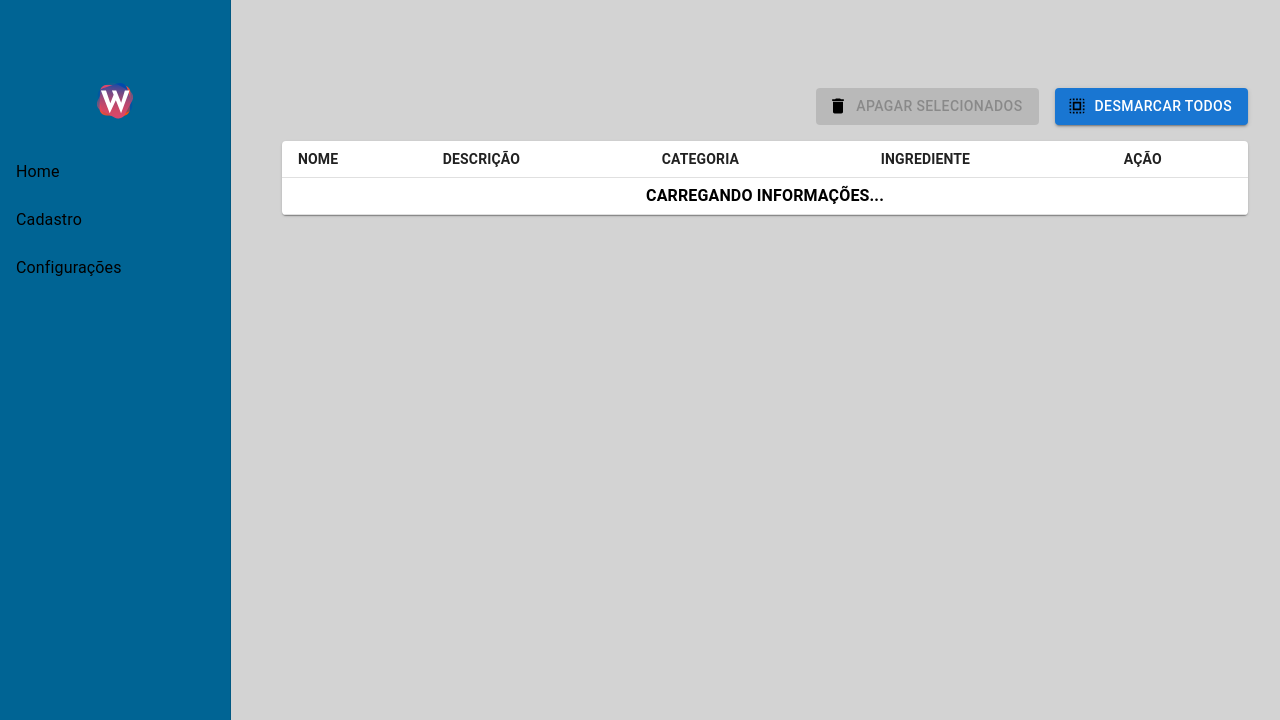
Repository: oZanella/projeto_windel_web_CRM
Page: /
These files come from the project's save history. The page is drawn as it stood at one moment and after a run of saves; the edit follows.
The browser window is 1280 px wide. The pictures show the whole page.
The page's requests for data from a server got no answer. The project was rebuilt for these pictures with package versions that can differ from the ones it lists, and the page was loaded fresh each time. No one was signed in, and anything a server would have sent is missing. Also part of the build but not shown: vite.config.js, src/routes/Configuracoes.jsx. Imported but missing from the stored project, and not drawn on this page: src/routes/Cadastro.jsx.

Above is the page before, as saved 2024-08-19 08:58:36.

### index.html
<!doctype html>
<html lang="en">

<head>
  <meta charset="UTF-8" />
  <link rel="icon" type="image/svg+xml" href="./src/image/LogoWindel.svg" />
  <link rel="stylesheet" href="src/style/GlobalStyles.css" />
  <link href="https://fonts.googleapis.com/css2?family=Playfair+Display&display=swap" rel="stylesheet">

  <meta name="viewport" content="width=device-width, initial-scale=1.0" />
  <title>Projeto Teste - CRM </title>
</head>

<body>
  <div id="root"></div>
  <script type="module" src="/src/main.jsx"></script>
</body>

</html>

### src/style/GlobalStyles.css
:root {
  --click: #7fa8c4;
  --primary: #E8F1F2;
  --darkblue: #13293D;
  --secondary: #000000;
  --ligthblue: #1b98e0;
  --animation: #006494;
  --ligthkgrey: #D3D3D3;
  --blueceledron: #247ba0;
  --delete: #FF0000;
}

* {
    color: var(--secondary);
}

body {
  background-color: var(--ligthkgrey);
}

### src/main.jsx
import { createBrowserRouter, RouterProvider, Navigate } from "react-router-dom"
import { createRoot } from 'react-dom/client'
import { StrictMode } from 'react'
import { App } from './App.jsx'

import './style/GlobalStyles.css'

//páginas do projeto
import { Cadastro } from './routes/Cadastro.jsx'
import { Home } from './routes/Home.jsx'
import { Configuracoes } from './routes/configuracoes.jsx'

const router = createBrowserRouter([
  {
    element: <App />,
    children: [
      {
        path: '/',
        element: <Navigate to="/home" replace />,
      },
      {
        path: '/home',
        element: <Home />,
      },
      {
        path: '/cadastro',
        element: <Cadastro />,
      },
      {
        path: '/configuracoes',
        element: <Configuracoes />,
      },
    ],
  },
])

createRoot(document.getElementById('root')).render(
  <StrictMode>
    <RouterProvider router={router} />
  </StrictMode>,
)

### src/App.jsx
import { Header } from './components/Header'
import { Outlet } from 'react-router-dom'
import { Box } from '@mui/material'
import './style/GlobalStyles.css'

export function App() {
  return (
    <Box sx={{ p: { xs: 2, sm: 3 }, marginTop: { xs: 8, sm: 8 } }}>
      <Header />
      <Box>
        <Outlet />
      </Box>
    </Box>
  );
}

### src/routes/Home.jsx
import React, { useEffect, useState } from 'react';
import { Box, TextField, Button, Dialog, DialogActions, DialogContent, DialogTitle, Select, MenuItem, FormControl, InputLabel } from '@mui/material';

import { handleShowDetails, handleEdit, handleSave, handleInputChange } from '../components/Handle';
import { CardDados } from '../components/TableHome';

import { blogFetch } from '../axios/config';


export const Home = () => {
  const [posts, setPosts] = useState([]);
  const [selectInfo, setSelectInfo] = useState(null);
  const [modeEdit, setModeEdit] = useState(null);
  const [dataEdit, setDataEdit] = useState({});
  const [openAddDialog, setOpenAddDialog] = useState(false);
  const [newPost, setNewPost] = useState({ name: '', description: '', category: '' });

  const getPosts = async () => {
    try {
      const response = await blogFetch.get("/recipe");
      const uniqueData = response.data.filter((value, index, self) =>
        index === self.findIndex((t) => t.id === value.id)
      );
      setPosts(uniqueData); // Garante que não tenha dados duplicados
    } catch (error) {
      console.log(error);
    }
  };

  useEffect(() => {
    getPosts();
  }, []);

  const handleDelete = async (postId) => {
    try {
      await blogFetch.delete(`/recipe/${postId}`);
      setPosts(posts.filter(post => post.id !== postId));
      console.log('Post deletado com sucesso');
    } catch (error) {
      console.error('Erro ao deletar o post', error);
    }
  };

  const handleAddOpen = () => setOpenAddDialog(true);
  const handleAddClose = () => setOpenAddDialog(false);

  {/* API para envio do novo registro*/ }
  const handleAdd = async () => {
    try {
      const newPostFormatted = {
        name: newPost.name,
        description: newPost.description,
        ingredients: [],
        category: newPost.category,
        isFavorite: newPost.isFavorite
      };

      const response = await blogFetch.post("/recipe", newPostFormatted);
      setPosts([...posts, response.data]);
      setNewPost({ name: '', description: '', category: '', isFavorite: false });
      handleAddClose();
      console.log('Post adicionado com sucesso');
    } catch (error) {
      console.error('Erro ao adicionar o post', error);
    }
  };

  return (
    <Box>
      {/* Dados para Adicionar Novo Registro */}
      <Dialog open={openAddDialog} onClose={handleAddClose}>
        <DialogTitle>Adicionar Novo Registro</DialogTitle>
        <DialogContent>
          <TextField
            name="name"
            label="Nome"
            value={newPost.name}
            onChange={(e) => setNewPost({ ...newPost, name: e.target.value })}
            fullWidth
            sx={{ marginBottom: 2 }}
          />
          <TextField
            name="description"
            label="Descrição"
            value={newPost.description}
            onChange={(e) => setNewPost({ ...newPost, description: e.target.value })}
            fullWidth
            sx={{ marginBottom: 2 }}
          />
          <TextField
            name="category"
            label="Categoria"
            value={newPost.category}
            onChange={(e) => setNewPost({ ...newPost, category: e.target.value })}
            fullWidth
            sx={{ marginBottom: 2 }}
          />
          <FormControl fullWidth sx={{ marginBottom: 2 }}>
            <InputLabel>Favorito</InputLabel>
            <Select
              name="isFavorite"
              value={newPost.isFavorite}
              onChange={(e) => setNewPost({ ...newPost, isFavorite: e.target.value })}
              label="Favorito"
            >
              <MenuItem value={true}>Sim</MenuItem>
              <MenuItem value={false}>Não</MenuItem>

            </Select>
          </FormControl>
        </DialogContent>
        <DialogActions>
          <Button onClick={handleAddClose}>Cancelar</Button>
          <Button onClick={handleAdd}>Adicionar</Button>
        </DialogActions>
      </Dialog>

      <CardDados
        posts={posts}
        handleDelete={handleDelete}
        handleEdit={handleEdit}
        handleSave={handleSave}
        modeEdit={modeEdit}
        setModeEdit={setModeEdit}
        dataEdit={dataEdit}
        setDataEdit={setDataEdit}
        handleInputChange={handleInputChange}
        selectInfo={selectInfo}
        setSelectInfo={setSelectInfo}
        handleShowDetails={handleShowDetails}
      />
    </Box>
  );
};

### src/components/Header.jsx
import { AppBar, Toolbar, Typography, Box, IconButton, Drawer, List, ListItem, ListItemText } from '@mui/material';
import MenuIcon from '@mui/icons-material/Menu';
import Logo from '../image/LogoWindel.svg';
import { Link } from 'react-router-dom';
import React, { useState } from 'react';

export const Header = () => {
  const [isDrawerOpen, setIsDrawerOpen] = useState(false);

  const toggleDrawer = (open) => () => {
    setIsDrawerOpen(open);
  };

  const menuItems = [
    { text: 'Home', link: '/home' },
    { text: 'Cadastro', link: '/cadastro' },
    { text: 'Configurações', link: '/configuracoes' },
  ];

  return (
    <>
      {/* Mobile AppBar */}
      <AppBar
        position="fixed"
        sx={{
          display: { xs: 'flex', sm: 'none' },
          width: '100%',
          boxShadow: '0px 0.01px 11px var(--secondary)',
          top: 0,
          left: 0,
          backgroundColor: 'var(--darkblue)',
        }}
      >
        <Toolbar
          sx={{
            display: 'flex',
            justifyContent: 'space-between',
          }}
        >
          <IconButton
            edge="start"
            color="inherit"
            aria-label="menu"
            onClick={toggleDrawer(true)}
          >
            <MenuIcon />
          </IconButton>
          <Typography variant="h6" sx={{ flexGrow: 1 }}>
            Cooking Cake
          </Typography>
          <IconButton
            to={`/home`}
            sx={{
              cursor: 'default',
            }}
            component={Link}
            aria-label="logo"
          >
            <img src={Logo} alt="Logo" style={{ width: '50px', height: '40px' }} />
          </IconButton>
        </Toolbar>
      </AppBar>

      {/* Mobile Drawer */}
      <Drawer
        anchor="left"
        open={isDrawerOpen}
        onClose={toggleDrawer(false)}
        sx={{
          display: { xs: 'block', sm: 'none' },
          '& .MuiDrawer-paper': {
            width: 240,
            backgroundColor: 'var(--darkblue)',
          },
        }}
      >
        <Box sx={{ padding: 2, display: 'flex', flexDirection: 'column', alignItems: 'center' }}>
          <IconButton
            to={`/home`}
            sx={{ cursor: 'default' }}
            component={Link}
            aria-label="logo"
          >
            <img src={Logo} alt="Logo" style={{ width: '80px', height: '60px' }} />
          </IconButton>
        </Box>
        <List>
          {menuItems.map((item) => (
            <ListItem key={item.text} component={Link} to={item.link} onClick={toggleDrawer(false)}>
              <ListItemText primary={item.text} />
            </ListItem>
          ))}
        </List>
      </Drawer>

      {/* Desktop Drawer */}
      <Drawer
        variant="permanent"
        sx={{
          display: { xs: 'none', sm: 'block' },
          '& .MuiDrawer-paper': {
            width: 230,
            backgroundColor: 'var(--animation)',
          },
        }}
        open
      >
        <Toolbar />

        <Box sx={{
          display: 'flex',
          flexDirection: 'column',
          alignItems: 'center',
          position: '' }}>
          <IconButton
            to={`/home`}
            sx={{ cursor: 'default' }}
            component={Link}
            aria-label="logo"
          >
            <img src={Logo} alt="Logo" style={{ width: '80px', height: '60px' }} />
          </IconButton>
        </Box>

        <Box sx={{ overflow: 'auto' }}>
          <List>
            {menuItems.map((item) => (
              <ListItem key={item.text} component={Link} to={item.link}>
                <ListItemText primary={item.text} />
              </ListItem>
            ))}
          </List>
        </Box>
      </Drawer>
    </>
  );
};

### src/components/Handle.jsx

import { blogFetch } from '../axios/config';


export const handleShowDetails = (post, setSelectInfo, selectInfo) => {
  if (selectInfo?.id === post.id) {
    setSelectInfo(null); // Fecha se já estiver aberto
  } else {
    setSelectInfo(post); // Abre o post atual
  }
};

export const handleEdit = (post, setModeEdit, setDataEdit) => {
  setModeEdit(post.id);
  setDataEdit(post);
};

//continua com erro, verificar!!
export const handleSave = async (postId, updateData) => {
  try {
    // Envie uma requisição PUT ou POST para salvar os dados atualizados
    const response = await blogFetch.put(`/blogFetch/posts/${postId}`, updateData);
    console.log('Dados salvos com sucesso', response.data);

  } catch (error) {
    console.error('Erro de API', error);
  }
};

export const handleInputChange = (e, setDataEdit) => {
  setDataEdit(prevDataEdit => ({ ...prevDataEdit, [e.target.name]: e.target.value }));
};

### src/components/TableHome.jsx
import React, { useState, useEffect } from 'react';
import {
  Table, TableBody, TableCell, TableContainer, TableHead, TableRow, Typography, Box, Button, IconButton, TextField, Dialog, DialogContent, DialogActions, FormControlLabel, Switch, Chip, Paper, Checkbox
} from '@mui/material';
import EditIcon from '@mui/icons-material/Edit';
import SaveIcon from '@mui/icons-material/Save';
import AddIcon from '@mui/icons-material/Add';
import CloseIcon from '@mui/icons-material/Close';
import DeleteIcon from '@mui/icons-material/Delete';
import SelectAllIcon from '@mui/icons-material/SelectAll';
import axios from 'axios';

const API_BASE_URL = 'https://teste-tecnico-front-api.up.railway.app';

export const CardDados = ({
  posts, setPosts, handleDelete
}) => {
  const [openModal, setOpenModal] = useState(false);
  const [currentPost, setCurrentPost] = useState(null);
  const [dataEdit, setDataEdit] = useState({});
  const [newIngredient, setNewIngredient] = useState('');
  const [selectedPosts, setSelectedPosts] = useState([]);

  useEffect(() => {
    if (currentPost) {
      setDataEdit({ ...currentPost });
    }
  }, [currentPost]);

  const handleEditOpen = (post) => {
    setCurrentPost(post);
    setOpenModal(true);
  };

  const handleEditClose = () => {
    setOpenModal(false);
    setCurrentPost(null);
    setNewIngredient('');
  };

  const handleSaveModal = async () => {
    if (currentPost) {
      try {
        await axios.put(`${API_BASE_URL}/posts/${currentPost.id}`, dataEdit);
        const response = await axios.get(`${API_BASE_URL}/posts`);
        setPosts(response.data);
        handleEditClose();
      } catch (error) {
        console.error('Error ao salvar:', error);
      }
    }
  };

  const handleAddIngredient = () => {
    if (newIngredient.trim() !== '') {
      setDataEdit((prevData) => ({
        ...prevData,
        ingredients: [...(prevData.ingredients || []), newIngredient.trim()],
      }));
      setNewIngredient('');
    }
  };

  const handleRemoveIngredient = (ingredientToRemove) => {
    setDataEdit((prevData) => ({
      ...prevData,
      ingredients: (prevData.ingredients || []).filter((ingredient) => ingredient !== ingredientToRemove),
    }));
  };

  const handleSelectAll = () => {
    if (selectedPosts.length === posts.length) {
      setSelectedPosts([]);
    } else {
      setSelectedPosts(posts.map(post => post.id));
    }
  };

  const handleDeleteSelected = async () => {
    try {
      await Promise.all(selectedPosts.map(id => axios.delete(`${API_BASE_URL}/posts/${id}`)));
      const response = await axios.get(`${API_BASE_URL}/posts`);
      setPosts(response.data);
      setSelectedPosts([]);
    } catch (error) {
      console.error('Error ao apagar os registros:', error);
    }
  };

  const handleSelectPost = (id) => {
    setSelectedPosts(prevSelected =>
      prevSelected.includes(id)
        ? prevSelected.filter(postId => postId !== id)
        : [...prevSelected, id]
    );
  };

  return (
    <>
      <Box sx={{ display: 'flex', justifyContent: 'flex-end', mb: 2 }}>
        <Button
          variant="contained"
          color="error"
          startIcon={<DeleteIcon />}
          onClick={handleDeleteSelected}
          disabled={selectedPosts.length === 0}
          sx={{ marginRight: 2 }}
        >
          Apagar Selecionados
        </Button>
        <Button
          variant="contained"
          color="primary"
          startIcon={<SelectAllIcon />}
          onClick={handleSelectAll}
        >
          {selectedPosts.length === posts.length ? 'Desmarcar Todos' : 'Selecionar Todos'}
        </Button>
      </Box>

      {/* Tabela aonde aparece os dados
      Dentro do TableContainer tem um calculo que é feito por conta do menu lateral*/}
      <TableContainer component={Paper} sx={{ overflowX: 'auto', width: { xs: '100%', sm: 'calc(100% - 250px)' }, ml: { sm: '250px' } }}>
        <Table size='small'>
          <TableHead>
            <TableRow>
              <TableCell sx={{ fontWeight: 'bold', textTransform: 'uppercase' }}>Nome</TableCell>
              <TableCell sx={{ fontWeight: 'bold', textTransform: 'uppercase' }}>Descrição</TableCell>
              <TableCell sx={{ fontWeight: 'bold', textTransform: 'uppercase' }}>Categoria</TableCell>
              <TableCell sx={{ fontWeight: 'bold', textTransform: 'uppercase' }}>Ingrediente</TableCell>
              <TableCell sx={{ fontWeight: 'bold', textTransform: 'uppercase' }}>Ação</TableCell>
            </TableRow>
          </TableHead>
          <TableBody>
            {posts.length === 0 ? (
              <TableRow>
                <TableCell colSpan={5} align="center">
                  <Typography variant="body1" sx={{ fontWeight: 'bold', textTransform: 'uppercase' }}>Carregando informações...</Typography>
                </TableCell>
              </TableRow>
            ) : (
              posts.map((post) => (
                <TableRow sx={{ height: 'auto' }} key={post.id}>
                  <TableCell sx={{ padding: '8px' }}>
                    {post.name}
                  </TableCell>
                  <TableCell sx={{ padding: '8px' }}>{post.description}</TableCell>
                  <TableCell sx={{ padding: '8px' }}>{post.category}</TableCell>

                  <TableCell sx={{ padding: '8px' }}>
                    <Box sx={{
                      display: 'flex',
                      flexWrap: 'wrap',
                      overflowX: 'auto',
                      gap: 1,
                      width: '100%',
                    }}>
                      {post.ingredients && post.ingredients.length > 0 ? (
                        post.ingredients.map((ingredient) => (
                          <Box
                            key={ingredient.id}
                            sx={{
                              display: 'flex',
                              flexDirection: 'column',
                              alignItems: 'flex-start',
                              marginRight: 1,
                              marginBottom: 1,
                            }}
                          >
                            <Typography variant="body1">{ingredient.name}</Typography>
                            <Typography variant="body2" color="textSecondary">
                              Quantidade: {ingredient.quantity}
                            </Typography>
                          </Box>
                        ))
                      ) : (
                        <Typography variant="body2">Nenhum ingrediente disponível</Typography>
                      )}
                    </Box>
                  </TableCell>

                  <TableCell>
                    <Box sx={{ display: 'flex', alignItems: 'center' }}>
                      <Checkbox
                        checked={selectedPosts.includes(post.id)}
                        onChange={() => handleSelectPost(post.id)}
                        color="primary"
                      />
                      <IconButton
                        color="primary"
                        onClick={() => handleEditOpen(post)}
                        sx={{ mr: 1 }}
                      >
                        <EditIcon />
                      </IconButton>
                      <IconButton
                        color="error"
                        onClick={() => handleDelete(post.id)}
                      >
                        <DeleteIcon />
                      </IconButton>
                    </Box>
                  </TableCell>
                </TableRow>
              ))
            )}
          </TableBody>
        </Table>
      </TableContainer>

      {/* Modal de edição */}
      <Dialog open={openModal} onClose={handleEditClose} fullWidth maxWidth="sm">
        <DialogContent>
          {currentPost && (
            <Box component="form" sx={{ display: 'flex', flexDirection: 'column', gap: 2 }}>
              <TextField
                name="name"
                label="Nome"
                value={dataEdit.name || ''}
                onChange={(e) => setDataEdit({ ...dataEdit, name: e.target.value })}
                fullWidth
                sx={{ marginBottom: 2 }}
              />
              <TextField
                name="description"
                label="Descrição"
                value={dataEdit.description || ''}
                onChange={(e) => setDataEdit({ ...dataEdit, description: e.target.value })}
                fullWidth
                sx={{ marginBottom: 2 }}
              />
              <TextField
                name="category"
                label="Categoria"
                value={dataEdit.category || ''}
                onChange={(e) => setDataEdit({ ...dataEdit, category: e.target.value })}
                fullWidth
                sx={{ marginBottom: 2 }}
              />
              <FormControlLabel
                control={
                  <Switch
                    checked={dataEdit.isFavorite || false}
                    onChange={(e) => setDataEdit({ ...dataEdit, isFavorite: e.target.checked })}
                    color="primary"
                  />
                }
                label="Favorito"
              />
              <Box sx={{ display: 'flex', gap: 2 }}>
                <TextField
                  label="Novo Ingrediente"
                  value={newIngredient}
                  onChange={(e) => setNewIngredient(e.target.value)}
                  fullWidth
                  sx={{ marginBottom: 2 }}
                />
                <IconButton
                  color="primary"
                  onClick={handleAddIngredient}
                  disabled={!newIngredient.trim()}
                  sx={{ marginBottom: 2 }}
                >
                  <AddIcon />
                </IconButton>
              </Box>

              {dataEdit.ingredients && dataEdit.ingredients.length > 0 && (
                <Box sx={{ display: 'flex', flexWrap: 'wrap', gap: 1 }}>
                  {dataEdit.ingredients.map((ingredient, index) => (
                    <Chip
                      key={index}
                      label={ingredient}
                      onDelete={() => handleRemoveIngredient(ingredient)}
                      sx={{ marginBottom: 2 }}
                    />
                  ))}
                </Box>
              )}
            </Box>
          )}
        </DialogContent>
        <DialogActions>
          <Button onClick={handleEditClose} color="secondary" startIcon={<CloseIcon />}>
            Cancelar
          </Button>
          <Button onClick={handleSaveModal} color="primary" startIcon={<SaveIcon />}>
            Salvar
          </Button>
        </DialogActions>
      </Dialog>
    </>
  );
};

### src/axios/config.jsx
// src/axios/config.js
import axios from 'axios';

export const blogFetch = axios.create({
  baseURL: 'https://teste-tecnico-front-api.up.railway.app',
  headers: {
    'Content-Type': 'application/json',
  },
});

After the next 5 saves:
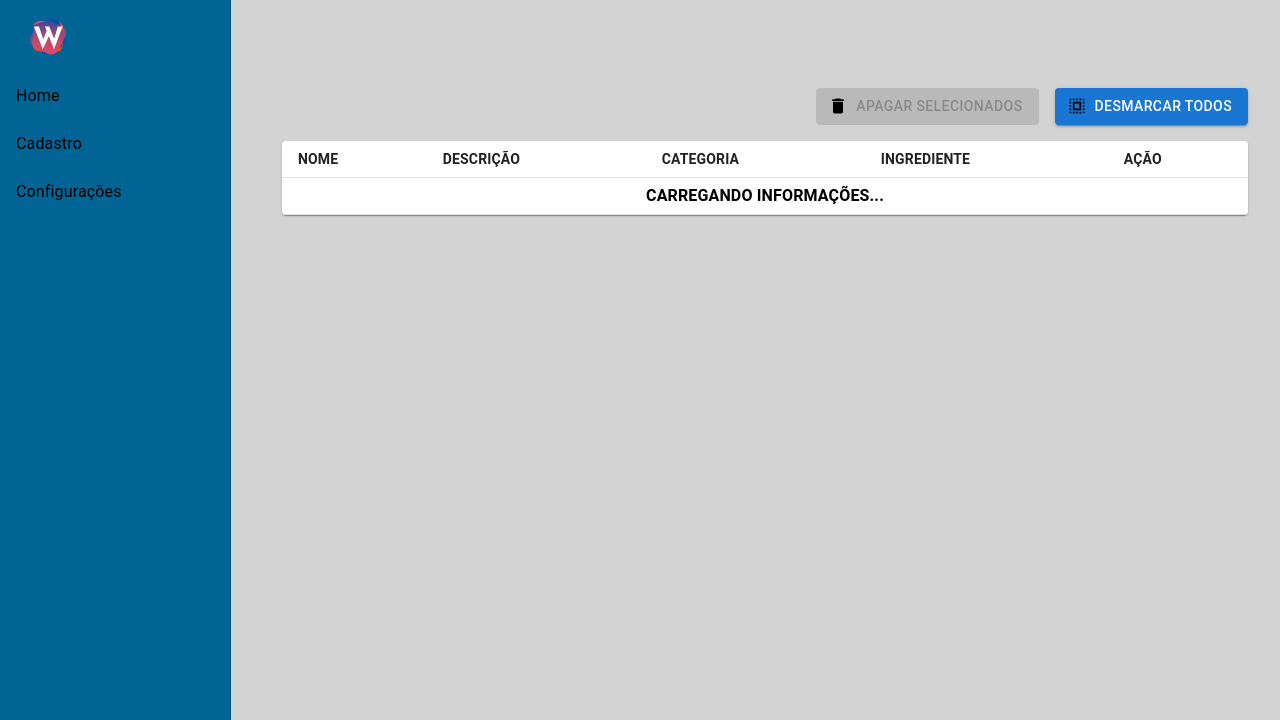
The 5 saves are shown as one change because they came seconds apart.
The last was saved 13 s later.
--- a/src/components/Header.jsx
+++ b/src/components/Header.jsx
@@ -111,7 +111,9 @@ export const Header = () => {
           display: 'flex',
           flexDirection: 'column',
           alignItems: 'center',
-          position: '' }}>
+          position: 'fixed',
+
+          }}>
           <IconButton
             to={`/home`}
             sx={{ cursor: 'default' }}
